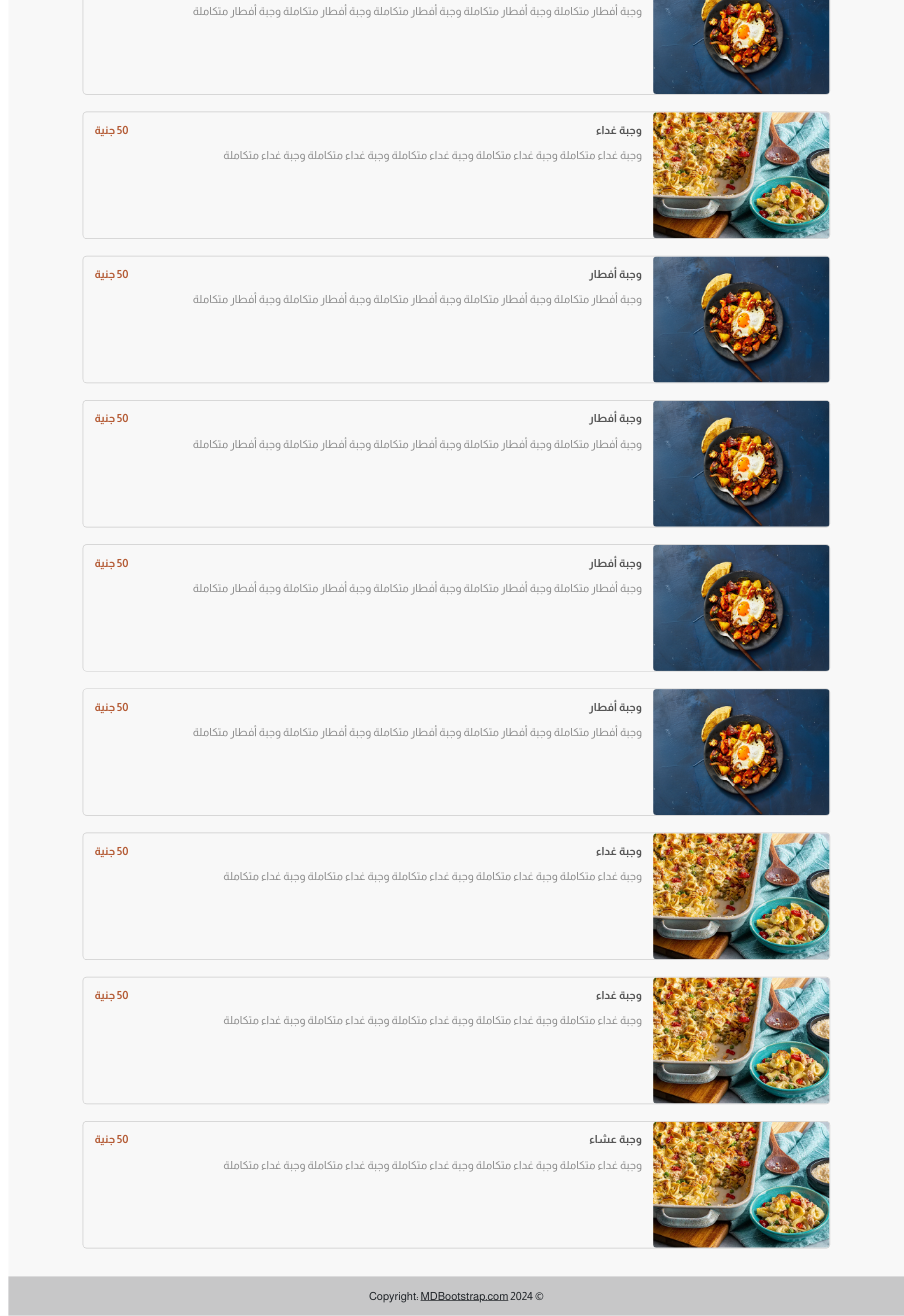
Repository: kerlos-alfy/Restaurant-Menu
Page: /
These files come from the project's save history. The page is drawn as it stood at one moment and after the next save; the edit follows.
The browser window is 1280 px wide. The page is 1292 px wide, so the pictures cover 1292 px, including what lies to the right of the window. The pictures show the part of the page from y = 1148 to 3028 px (the page is 3028 px tall), at 70% of full size.
Some web fonts or font styles are not loaded; a fallback is used. The project was rebuilt for these pictures with package versions that can differ from the ones it lists, and the page was loaded fresh each time. Also part of the build but not shown: vite.config.js, src/App.css.

Above is the page before, as saved 2024-12-27 02:15:54.

### index.html
<!DOCTYPE html>
<html lang="ar" dir="rtl">
	<head>
		<meta charset="UTF-8" />
		<link rel="icon" type="image/svg+xml" href="https://www.svgrepo.com/show/282224/fast-food-hamburguer.svg" />
		<link
			rel="stylesheet"
			href="https://cdn.jsdelivr.net/npm/bootstrap@5.3.2/dist/css/bootstrap.min.css"
			integrity="sha384-T3c6CoIi6uLrA9TneNEoa7RxnatzjcDSCmG1MXxSR1GAsXEV/Dwwykc2MPK8M2HN"
			crossorigin="anonymous" />
		<!-- Start Font Google Arabic  -->
		<link rel="preconnect" href="https://fonts.googleapis.com" />
		<link rel="preconnect" href="https://fonts.gstatic.com" crossorigin />
		<link
			href="https://fonts.googleapis.com/css2?family=Alkalami&family=Almarai:wght@300;400;700;800&family=Cairo:wght@200..1000&family=Rakkas&display=swap"
			rel="stylesheet" />
		<!-- End Font Google Arabic  -->
		<meta name="viewport" content="width=device-width, initial-scale=1.0" />
		<title>Restaurant Menu</title>
	</head>
	<body>
		<div id="root"></div>
		<script type="module" src="/src/main.jsx"></script>
	</body>
</html>

### src/index.css
/* :root {
  font-family: Inter, system-ui, Avenir, Helvetica, Arial, sans-serif;
  line-height: 1.5;
  font-weight: 400;

  color-scheme: light dark;
  color: rgba(255, 255, 255, 0.87);
  background-color: #242424;

  font-synthesis: none;
  text-rendering: optimizeLegibility;
  -webkit-font-smoothing: antialiased;
  -moz-osx-font-smoothing: grayscale;
}

a {
  font-weight: 500;
  color: #646cff;
  text-decoration: inherit;
}
a:hover {
  color: #535bf2;
}

body {
  margin: 0;
  display: flex;
  place-items: center;
  min-width: 320px;
  min-height: 100vh;
}

h1 {
  font-size: 3.2em;
  line-height: 1.1;
}

button {
  border-radius: 8px;
  border: 1px solid transparent;
  padding: 0.6em 1.2em;
  font-size: 1em;
  font-weight: 500;
  font-family: inherit;
  background-color: #1a1a1a;
  cursor: pointer;
  transition: border-color 0.25s;
}
button:hover {
  border-color: #646cff;
}
button:focus,
button:focus-visible {
  outline: 4px auto -webkit-focus-ring-color;
}

@media (prefers-color-scheme: light) {
  :root {
    color: #213547;
    background-color: #ffffff;
  }
  a:hover {
    color: #747bff;
  }
  button {
    background-color: #f9f9f9;
  }
} */

.color-body {
	background-color: #f8f8f8;
	height: 100%;
}
.font {
	font-family: "Almarai", sans-serif;
}
.title {
	color: #224f61;
	font-family: Almarai;
	font-size: 30px;
	font-weight: bold;
	letter-spacing: 0;
	line-height: 64px;
}
.underline {
	height: 1px;
	width: 200px;
	border-radius: 10px;
	border: 2px solid #b45b35;
}
.btn {
	color: black;
	font-family: Almarai;
	font-size: 18px;
	letter-spacing: 0;
	line-height: 24px;
}
.btn:hover {
	color: black;
	font-family: Almarai;
	font-size: 18px;
	font-weight: bold;
	letter-spacing: 0;
	line-height: 24px;
	border-radius: 11px;
	border: none;
	background-color: #b45b35;
}
.img-item {
	height: 180px;
	width: 252px;
	border-radius: 5px;
}
.item-description {
	color: #8c8c8c;
	font-family: Almarai;
	font-size: 16px;
	letter-spacing: 0;
	line-height: 20px;
}
.item-title {
	color: #555555;
	font-family: Almarai;
	font-size: 16px;
	font-weight: bold;
	letter-spacing: 0;
	line-height: 20px;
}
.card-color {
	background-color: #f8f8f8;
}
.item-price {
	color: #b45b35;
	font-family: Almarai;
	font-size: 16px;
	font-weight: bold;
	letter-spacing: 0;
	line-height: 20px;
}
.btn-search {
	border: none;
	cursor: pointer;
	color: #b45b35;
	border-radius: 3px solid #b45b35;
	border-radius: 8px;
	background-color: white;
	width: 72px;
	font-weight: 500;
}
.btn-search:hover {
	color: white;
	border-radius: 3px solid white;
	background-color: #b45b35;
	border-radius: 8px;
}
.brand-color {
	color: #ffffff;
}

### src/App.jsx
import { motion } from "framer-motion";
import { useState } from "react";
import { Container } from "react-bootstrap";
import "./App.css";
import NavBar from "./components/NavBar";
import Header from "./components/Header";
import Category from "./components/Category";
import ItemsList from "./components/ItemsList";
import Footer from "./components/Footer";
import { items } from "./data";
function App() {
	const [itemsData, SetItemsData] = useState(items);

	const allCategory = ["الكل", ...new Set(items.map((item) => item.category))];

	// Filter items by category
	const filterByCategory = (cat) => {
		if (cat === "الكل") {
			SetItemsData(items);
		} else {
			const newArr = items.filter((item) => item.category === cat);
			SetItemsData(newArr);
		}
	};

	// Filter items by search Form
	const filterBySearch = (word) => {
		if (word !== "") {
			const newArr = items.filter((item) => item.title === word);
			SetItemsData(newArr);
		}
	};
	return (
		<div className="color-body font">
			<NavBar filterBySearch={filterBySearch} />
			<Container>
				<motion.div
					initial={{ opacity: 0, scale: 0.8, rotate: -10 }}
					animate={{ opacity: 1, scale: 1, rotate: 0 }}
					transition={{ duration: 1, ease: "easeInOut" }}>
					<Header />
				</motion.div>
				<motion.div initial={{ opacity: 0, x: -100 }} animate={{ opacity: 1, x: 0 }} transition={{ duration: 0.8, ease: "easeOut" }}>
					<Category filterByCategory={filterByCategory} allCategory={allCategory} />
				</motion.div>
				<motion.div initial={{ opacity: 0, scale: 0.9 }} animate={{ opacity: 1, scale: 1 }} transition={{ duration: 1.2, ease: "easeInOut" }}>
					<ItemsList itemsData={itemsData} />
				</motion.div>
			</Container>
			<Footer />
		</div>
	);
}

export default App;

### src/components/NavBar.jsx
/* eslint-disable react/prop-types */
import { useState } from "react";
import { Navbar, Container, Row, Nav, Form, FormControl } from "react-bootstrap";
const NavBar = ({ filterBySearch }) => {
	const [searchWord, setSearchWord] = useState("");
	const onSearch = () => {
		filterBySearch(searchWord);
		setSearchWord("");
	};
	return (
		<Row>
			<Navbar bg="dark" expand="lg" variant="dark">
				<Container>
					<Navbar.Brand href="#">
						<div className="brand-color">
							مطعم الحبايب
							<img src="https://www.svgrepo.com/show/282224/fast-food-hamburguer.svg" alt="logo" width="50" height="50" />
						</div>
					</Navbar.Brand>
					<Navbar.Toggle aria-controls="navbarScroll" />
					<Navbar.Collapse id="navbarScroll">
						<Nav className="me-auto my-2 my-lg-0" style={{ maxHeight: "100px" }} navbarScroll></Nav>
						<Form className="d-flex">
							<FormControl type="text" placeholder="ابحث.." className="mx-2" onChange={(e) => setSearchWord(e.target.value)} value={searchWord} />
							<button onClick={onSearch} className="btn-search" type="button">
								بحث
							</button>
						</Form>
					</Navbar.Collapse>
				</Container>
			</Navbar>
		</Row>
	);
};

export default NavBar;

### src/components/Header.jsx
import { Col, Row } from "react-bootstrap";

const Header = () => {
	return (
		<Row>
			<Col sm="12" className="text-center justify-content-center">
				<div className="title">قائمة الطعام </div>
				<div className="justify-content-center d-flex">
					<p className="underline"></p>
				</div>
			</Col>
		</Row>
	);
};

export default Header;

### src/components/Category.jsx
/* eslint-disable react/prop-types */
import { Col, Row } from "react-bootstrap";

const Category = ({ filterByCategory, allCategory }) => {
	const onFilter = (cat) => {
		filterByCategory(cat);
	};
	return (
		<Row className="my-2 mb-5">
			<Col sm="12" className=" justify-content-center d-flex">
				{allCategory.length >= 1 ? (
					allCategory.map((category, index) => {
						return (
							<div key={index}>
								<button onClick={() => onFilter(category)} style={{ border: "1px solid #b45b35" }} className="btn mx-2">
									{category}
								</button>
							</div>
						);
					})
				) : (
					<h1>لا يوجد تصنيفات</h1>
				)}
			</Col>
		</Row>
	);
};

export default Category;

### src/components/ItemsList.jsx
/* eslint-disable react/prop-types */
import { Card, Col, Row } from "react-bootstrap";

const ItemsList = ({ itemsData }) => {
	return (
		<Row>
			<Col sm="12" className="mb-3">
				{itemsData.length >= 1 ? (
					itemsData.map((item) => {
						return (
							<Card key={item.id} className="d-flex flex-row m-4" style={{ backgroundColor: "#F8F8F8" }}>
								<Card.Img className="img-item" variant="top" src={item.image} />
								<Card.Body>
									<Card.Title className="d-flex justify-content-between">
										<div className="item-title">{item.title}</div>
										<div className="item-price">{item.price}</div>
									</Card.Title>
									<Card.Text className="py-2">
										<div className="item-description">{item.description}</div>
									</Card.Text>
								</Card.Body>
							</Card>
						);
					})
				) : (
					<h1>لا يوجد</h1>
				)}
			</Col>
		</Row>
	);
};

export default ItemsList;

### src/components/Footer.jsx
import { MDBFooter } from "mdb-react-ui-kit";
const Footer = () => {
	return (
		<MDBFooter bgColor="light" className="text-center text-lg-left .bg-dark">
			<div className="text-center p-3" style={{ backgroundColor: "rgba(0, 0, 0, 0.2)" }}>
				&copy; {new Date().getFullYear()} Copyright:{" "}
				<a className="text-dark" href="https://mdbootstrap.com/">
					MDBootstrap.com
				</a>
			</div>
		</MDBFooter>
	);
};

export default Footer;

### src/data.js
export const items = [
	{
		id: Math.random(),
		title: "وجبة غداء",
		description: "وجبة غداء متكاملة وجبة غداء متكاملة وجبة غداء متكاملة وجبة غداء متكاملة وجبة غداء متكاملة",
		price: "50 جنية",
		image: "../public/img/dinner.png",
		category: "غداء",
	},
	{
		id: Math.random(),
		title: "وجبة غداء",
		description: "وجبة غداء متكاملة وجبة غداء متكاملة وجبة غداء متكاملة وجبة غداء متكاملة وجبة غداء متكاملة",
		price: "50 جنية",
		image: "../public/img/dinner.png",
		category: "غداء",
	},
	{
		id: Math.random(),
		title: "وجبة أفطار",
		description: "وجبة أفطار متكاملة وجبة أفطار متكاملة وجبة أفطار متكاملة وجبة أفطار متكاملة وجبة أفطار متكاملة",
		price: "50 جنية",
		image: "../public/img/breakfast.png",
		category: "افطار",
	},
	{
		id: Math.random(),
		title: "وجبة غداء",
		description: "وجبة غداء متكاملة وجبة غداء متكاملة وجبة غداء متكاملة وجبة غداء متكاملة وجبة غداء متكاملة",
		price: "50 جنية",
		image: "../public/img/dinner.png",
		category: "غداء",
	},
	{
		id: Math.random(),
		title: "وجبة أفطار",
		description: "وجبة أفطار متكاملة وجبة أفطار متكاملة وجبة أفطار متكاملة وجبة أفطار متكاملة وجبة أفطار متكاملة",
		price: "50 جنية",
		image: "../public/img/breakfast.png",
		category: "افطار",
	},
	{
		id: Math.random(),
		title: "وجبة غداء",
		description: "وجبة غداء متكاملة وجبة غداء متكاملة وجبة غداء متكاملة وجبة غداء متكاملة وجبة غداء متكاملة",
		price: "50 جنية",
		image: "../public/img/dinner.png",
		category: "غداء",
	},
	{
		id: Math.random(),
		title: "وجبة أفطار",
		description: "وجبة أفطار متكاملة وجبة أفطار متكاملة وجبة أفطار متكاملة وجبة أفطار متكاملة وجبة أفطار متكاملة",
		price: "50 جنية",
		image: "../public/img/breakfast.png",
		category: "افطار",
	},
	{
		id: Math.random(),
		title: "وجبة أفطار",
		description: "وجبة أفطار متكاملة وجبة أفطار متكاملة وجبة أفطار متكاملة وجبة أفطار متكاملة وجبة أفطار متكاملة",
		price: "50 جنية",
		image: "../public/img/breakfast.png",
		category: "افطار",
	},
	{
		id: Math.random(),
		title: "وجبة أفطار",
		description: "وجبة أفطار متكاملة وجبة أفطار متكاملة وجبة أفطار متكاملة وجبة أفطار متكاملة وجبة أفطار متكاملة",
		price: "50 جنية",
		image: "../public/img/breakfast.png",
		category: "افطار",
	},
	{
		id: Math.random(),
		title: "وجبة أفطار",
		description: "وجبة أفطار متكاملة وجبة أفطار متكاملة وجبة أفطار متكاملة وجبة أفطار متكاملة وجبة أفطار متكاملة",
		price: "50 جنية",
		image: "../public/img/breakfast.png",
		category: "افطار",
	},
	{
		id: Math.random(),
		title: "وجبة غداء",
		description: "وجبة غداء متكاملة وجبة غداء متكاملة وجبة غداء متكاملة وجبة غداء متكاملة وجبة غداء متكاملة",
		price: "50 جنية",
		image: "../public/img/dinner.png",
		category: "غداء",
	},
	{
		id: Math.random(),
		title: "وجبة غداء",
		description: "وجبة غداء متكاملة وجبة غداء متكاملة وجبة غداء متكاملة وجبة غداء متكاملة وجبة غداء متكاملة",
		price: "50 جنية",
		image: "../public/img/dinner.png",
		category: "غداء",
	},
	{
		id: Math.random(),
		title: "وجبة عشاء",
		description: "وجبة غداء متكاملة وجبة غداء متكاملة وجبة غداء متكاملة وجبة غداء متكاملة وجبة غداء متكاملة",
		price: "50 جنية",
		image: "../public/img/dinner.png",
		category: "عشاء",
	},
];

Loaded but not shown: src/main.jsx (common file)

After the next save:
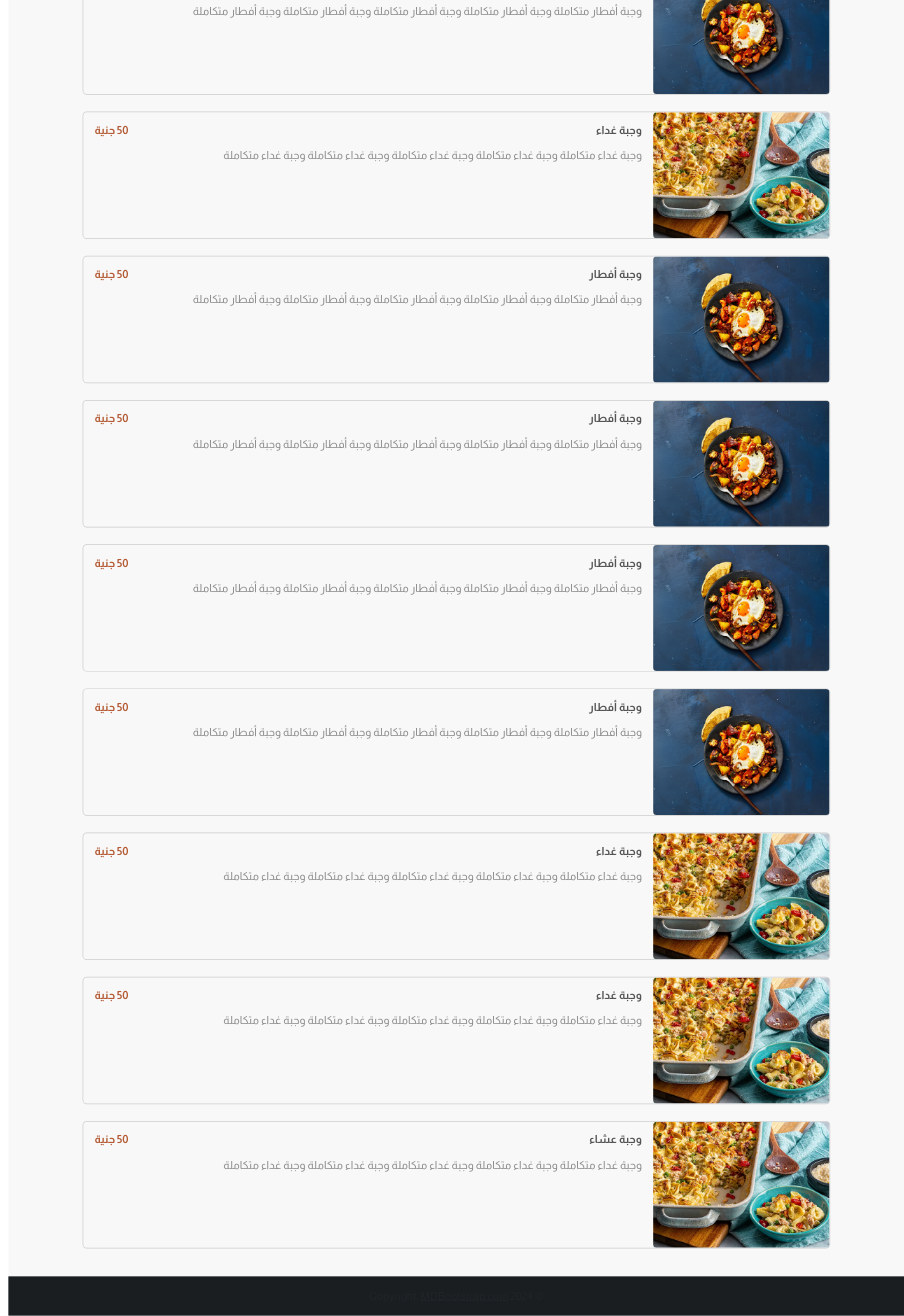
Saved 5 s later.
--- a/src/components/Footer.jsx
+++ b/src/components/Footer.jsx
@@ -1,7 +1,7 @@
 import { MDBFooter } from "mdb-react-ui-kit";
 const Footer = () => {
 	return (
-		<MDBFooter bgColor="light" className="text-center text-lg-left .bg-dark">
+		<MDBFooter className="text-center text-lg-left bg-dark">
 			<div className="text-center p-3" style={{ backgroundColor: "rgba(0, 0, 0, 0.2)" }}>
 				&copy; {new Date().getFullYear()} Copyright:{" "}
 				<a className="text-dark" href="https://mdbootstrap.com/">
